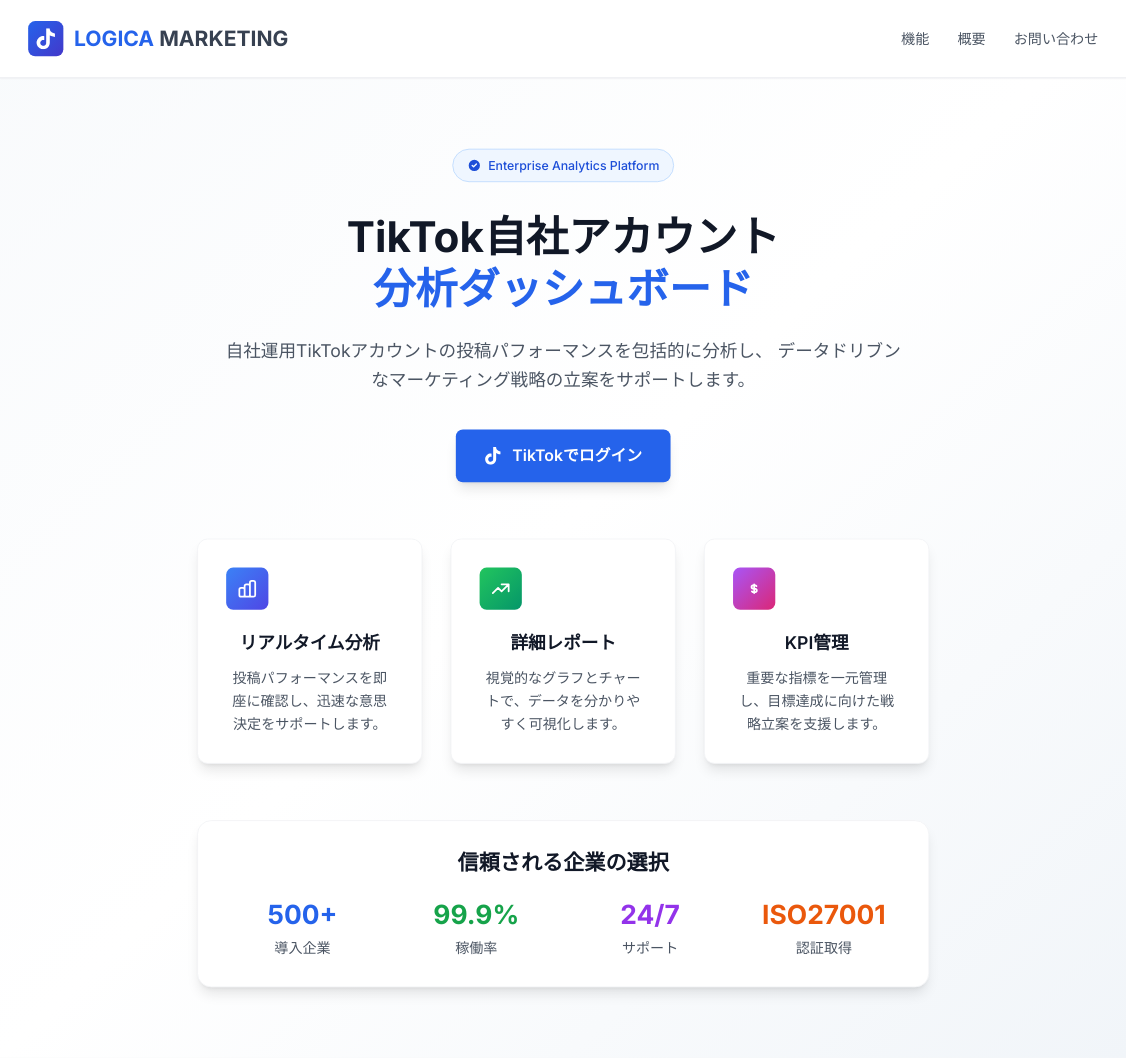
Repository: masayasusuzuki/LogicaMarketingTool
Page: /
The author's editor kept a copy of each file at every save. The page is drawn from the files as they stood at one save, then again after the next save.
The browser window is 1280 px wide. The pictures show the whole page, at 88% of full size.
The project was rebuilt for these pictures with package versions that can differ from the ones it lists, and the page was loaded fresh each time. The framework's server and built-in components were replaced by stand-ins that run in the browser. Also part of the build but not shown: next.config.js.

Above is the page before, as saved 2025-08-07 12:38:58.

### src/app/layout.tsx
import type { Metadata } from 'next'
import { Inter } from 'next/font/google'
import './globals.css'

const inter = Inter({ subsets: ['latin'] })

export const metadata: Metadata = {
  title: 'LOGICA MARKETING - TikTok Analytics',
  description: 'TikTok自社アカウント分析ダッシュボード',
}

export default function RootLayout({
  children,
}: {
  children: React.ReactNode
}) {
  return (
    <html lang="ja">
      <body className={inter.className}>{children}</body>
    </html>
  )
}

### src/app/page.tsx
'use client'

import Link from 'next/link'

export default function Home() {
  return (
    <div className="min-h-screen bg-gradient-to-br from-slate-50 via-white to-slate-100">
      {/* ヘッダー */}
      <header className="bg-white shadow-sm border-b border-gray-200">
        <div className="max-w-7xl mx-auto px-4 sm:px-6 lg:px-8">
          <div className="flex justify-between items-center py-6">
            <div className="flex items-center">
              <div className="w-10 h-10 bg-gradient-to-br from-blue-600 to-indigo-700 rounded-lg flex items-center justify-center mr-3">
                <svg className="w-6 h-6 text-white" fill="currentColor" viewBox="0 0 24 24">
                  <path d="M12.525.02c1.31-.02 2.61-.01 3.91-.02.08 1.53.63 3.09 1.75 4.17 1.12 1.11 2.7 1.62 4.24 1.79v4.03c-1.44-.05-2.89-.35-4.2-.97-.57-.26-1.1-.59-1.62-.93-.01 2.92.01 5.84-.02 8.75-.08 1.4-.54 2.79-1.35 3.94-1.31 1.92-3.58 3.17-5.91 3.21-1.43.08-2.86-.31-4.08-1.03-2.02-1.19-3.44-3.37-3.65-5.71-.02-.5-.03-1-.01-1.49.18-1.9 1.12-3.72 2.58-4.96 1.66-1.44 3.98-2.13 6.15-1.72.02 1.48-.04 2.96-.04 4.44-.99-.32-2.15-.23-3.02.37-.63.41-1.11 1.04-1.36 1.75-.21.51-.15 1.07-.14 1.61.24 1.64 1.82 3.02 3.5 2.87 1.12-.01 2.19-.66 2.77-1.61.19-.33.4-.67.41-1.06.1-1.79.06-3.57.07-5.36.01-4.03-.01-8.05.02-12.07z"/>
                </svg>
              </div>
              <h1 className="text-2xl font-bold text-gray-900">
                <span className="text-blue-600">LOGICA</span>
                <span className="text-gray-700"> MARKETING</span>
              </h1>
            </div>
            <nav className="hidden md:flex space-x-8">
              <a href="#features" className="text-gray-600 hover:text-gray-900 font-medium">機能</a>
              <a href="#about" className="text-gray-600 hover:text-gray-900 font-medium">概要</a>
              <a href="#contact" className="text-gray-600 hover:text-gray-900 font-medium">お問い合わせ</a>
            </nav>
          </div>
        </div>
      </header>

      {/* メインコンテンツ */}
      <main className="flex items-center justify-center min-h-screen py-20">
        <div className="text-center max-w-4xl mx-auto px-4 sm:px-6 lg:px-8">
          {/* ヒーローセクション */}
          <div className="mb-16">
            <div className="inline-flex items-center px-4 py-2 bg-blue-50 text-blue-700 rounded-full text-sm font-medium mb-8 border border-blue-200">
              <svg className="w-4 h-4 mr-2" fill="currentColor" viewBox="0 0 20 20">
                <path fillRule="evenodd" d="M10 18a8 8 0 100-16 8 8 0 000 16zm3.707-9.293a1 1 0 00-1.414-1.414L9 10.586 7.707 9.293a1 1 0 00-1.414 1.414l2 2a1 1 0 001.414 0l4-4z" clipRule="evenodd"/>
              </svg>
              Enterprise Analytics Platform
            </div>

            <h1 className="text-5xl font-bold text-gray-900 mb-6 leading-tight">
              TikTok自社アカウント
              <br />
              <span className="text-blue-600">分析ダッシュボード</span>
            </h1>

            <p className="text-xl text-gray-600 leading-relaxed mb-10 max-w-3xl mx-auto">
              自社運用TikTokアカウントの投稿パフォーマンスを包括的に分析し、
              データドリブンなマーケティング戦略の立案をサポートします。
            </p>

            <div className="flex justify-center">
              <Link
                href="/dashboard"
                className="inline-flex items-center justify-center px-8 py-4 bg-blue-600 hover:bg-blue-700 text-white font-semibold rounded-lg text-lg transition-colors duration-200 shadow-lg hover:shadow-xl"
              >
                <svg className="w-5 h-5 mr-3" fill="currentColor" viewBox="0 0 24 24">
                  <path d="M12.525.02c1.31-.02 2.61-.01 3.91-.02.08 1.53.63 3.09 1.75 4.17 1.12 1.11 2.7 1.62 4.24 1.79v4.03c-1.44-.05-2.89-.35-4.2-.97-.57-.26-1.1-.59-1.62-.93-.01 2.92.01 5.84-.02 8.75-.08 1.4-.54 2.79-1.35 3.94-1.31 1.92-3.58 3.17-5.91 3.21-1.43.08-2.86-.31-4.08-1.03-2.02-1.19-3.44-3.37-3.65-5.71-.02-.5-.03-1-.01-1.49.18-1.9 1.12-3.72 2.58-4.96 1.66-1.44 3.98-2.13 6.15-1.72.02 1.48-.04 2.96-.04 4.44-.99-.32-2.15-.23-3.02.37-.63.41-1.11 1.04-1.36 1.75-.21.51-.15 1.07-.14 1.61.24 1.64 1.82 3.02 3.5 2.87 1.12-.01 2.19-.66 2.77-1.61.19-.33.4-.67.41-1.06.1-1.79.06-3.57.07-5.36.01-4.03-.01-8.05.02-12.07z"/>
                </svg>
                TikTokでログイン
              </Link>
            </div>
          </div>

          {/* 機能ハイライト */}
          <div id="features" className="grid grid-cols-1 md:grid-cols-3 gap-8 mb-16">
            <div className="bg-white rounded-xl p-8 shadow-lg border border-gray-100">
              <div className="w-12 h-12 bg-gradient-to-br from-blue-500 to-indigo-600 rounded-lg flex items-center justify-center mb-6">
                <svg className="w-6 h-6 text-white" fill="none" stroke="currentColor" viewBox="0 0 24 24">
                  <path strokeLinecap="round" strokeLinejoin="round" strokeWidth={2} d="M9 19v-6a2 2 0 00-2-2H5a2 2 0 00-2 2v6a2 2 0 002 2h2a2 2 0 002-2zm0 0V9a2 2 0 012-2h2a2 2 0 012 2v10m-6 0a2 2 0 002 2h2a2 2 0 002-2m0 0V5a2 2 0 012-2h2a2 2 0 012 2v14a2 2 0 01-2 2h-2a2 2 0 01-2-2z" />
                </svg>
              </div>
              <h3 className="text-xl font-semibold text-gray-900 mb-3">リアルタイム分析</h3>
              <p className="text-gray-600 leading-relaxed">
                投稿パフォーマンスを即座に確認し、迅速な意思決定をサポートします。
              </p>
            </div>

            <div className="bg-white rounded-xl p-8 shadow-lg border border-gray-100">
              <div className="w-12 h-12 bg-gradient-to-br from-green-500 to-emerald-600 rounded-lg flex items-center justify-center mb-6">
                <svg className="w-6 h-6 text-white" fill="none" stroke="currentColor" viewBox="0 0 24 24">
                  <path strokeLinecap="round" strokeLinejoin="round" strokeWidth={2} d="M13 7h8m0 0v8m0-8l-8 8-4-4-6 6" />
                </svg>
              </div>
              <h3 className="text-xl font-semibold text-gray-900 mb-3">詳細レポート</h3>
              <p className="text-gray-600 leading-relaxed">
                視覚的なグラフとチャートで、データを分かりやすく可視化します。
              </p>
            </div>

            <div className="bg-white rounded-xl p-8 shadow-lg border border-gray-100">
              <div className="w-12 h-12 bg-gradient-to-br from-purple-500 to-pink-600 rounded-lg flex items-center justify-center mb-6">
                <svg className="w-6 h-6 text-white" fill="none" stroke="currentColor" viewBox="0 0 24 24">
                  <path strokeLinecap="round" strokeLinejoin="round" strokeWidth={2} d="M12 8c-1.657 0-3 .895-3 2s1.343 2 3 2 3 .895 3 2-1.343 2-3 2m0-8c1.11 0 2.08.402 2.599 1M12 8V7m0 1v8m0 0v1m0-1c-1.11 0-2.08-.402-2.599-1" />
                </svg>
              </div>
              <h3 className="text-xl font-semibold text-gray-900 mb-3">KPI管理</h3>
              <p className="text-gray-600 leading-relaxed">
                重要な指標を一元管理し、目標達成に向けた戦略立案を支援します。
              </p>
            </div>
          </div>

          {/* 統計情報 */}
          <div className="bg-white rounded-2xl p-8 shadow-lg border border-gray-100">
            <h2 className="text-2xl font-bold text-gray-900 mb-6 text-center">信頼される企業の選択</h2>
            <div className="grid grid-cols-1 md:grid-cols-4 gap-6">
              <div className="text-center">
                <div className="text-3xl font-bold text-blue-600 mb-2">500+</div>
                <div className="text-gray-600">導入企業</div>
              </div>
              <div className="text-center">
                <div className="text-3xl font-bold text-green-600 mb-2">99.9%</div>
                <div className="text-gray-600">稼働率</div>
              </div>
              <div className="text-center">
                <div className="text-3xl font-bold text-purple-600 mb-2">24/7</div>
                <div className="text-gray-600">サポート</div>
              </div>
              <div className="text-center">
                <div className="text-3xl font-bold text-orange-600 mb-2">ISO27001</div>
                <div className="text-gray-600">認証取得</div>
              </div>
            </div>
          </div>
        </div>
      </main>
    </div>
  )
}

### src/app/globals.css
@tailwind base;
@tailwind components;
@tailwind utilities;

:root {
  --foreground-rgb: 0, 0, 0;
  --background-start-rgb: 214, 219, 220;
  --background-end-rgb: 255, 255, 255;
  --tiktok-pink: #fe2c55;
  --tiktok-black: #121212;
  --tiktok-gray: #8e8e93;
}

@media (prefers-color-scheme: dark) {
  :root {
    --foreground-rgb: 255, 255, 255;
    --background-start-rgb: 0, 0, 0;
    --background-end-rgb: 0, 0, 0;
  }
}

body {
  color: rgb(var(--foreground-rgb));
  background: linear-gradient(
      to bottom,
      transparent,
      rgb(var(--background-end-rgb))
    )
    rgb(var(--background-start-rgb));
}

@layer utilities {
  .text-balance {
    text-wrap: balance;
  }
}

/* カスタムカラーの直接定義 */
.bg-tiktok-pink {
  background-color: var(--tiktok-pink);
}

.text-tiktok-pink {
  color: var(--tiktok-pink);
}

.border-tiktok-pink {
  border-color: var(--tiktok-pink);
}

.bg-tiktok-black {
  background-color: var(--tiktok-black);
}

.text-tiktok-black {
  color: var(--tiktok-black);
}

.bg-tiktok-gray {
  background-color: var(--tiktok-gray);
}

.text-tiktok-gray {
  color: var(--tiktok-gray);
}

/* グラデーション */
.from-tiktok-pink {
  --tw-gradient-from: var(--tiktok-pink);
  --tw-gradient-stops: var(--tw-gradient-from), var(--tw-gradient-to, rgba(254, 44, 85, 0));
}

.to-tiktok-pink {
  --tw-gradient-to: var(--tiktok-pink);
}

/* シャドウ */
.shadow-tiktok-pink\/25 {
  box-shadow: 0 25px 50px -12px rgba(254, 44, 85, 0.25);
}

### tailwind.config.js
/** @type {import('tailwindcss').Config} */
module.exports = {
  content: [
    './src/pages/**/*.{js,ts,jsx,tsx,mdx}',
    './src/components/**/*.{js,ts,jsx,tsx,mdx}',
    './src/app/**/*.{js,ts,jsx,tsx,mdx}',
  ],
  theme: {
    extend: {
      colors: {
        tiktok: {
          pink: '#fe2c55',
          black: '#121212',
          gray: '#8e8e93',
        }
      },
      animation: {
        'pulse': 'pulse 2s cubic-bezier(0.4, 0, 0.6, 1) infinite',
        'bounce': 'bounce 1s infinite',
      },
      backdropBlur: {
        xs: '2px',
      }
    },
  },
  plugins: [],
}

After the next save:
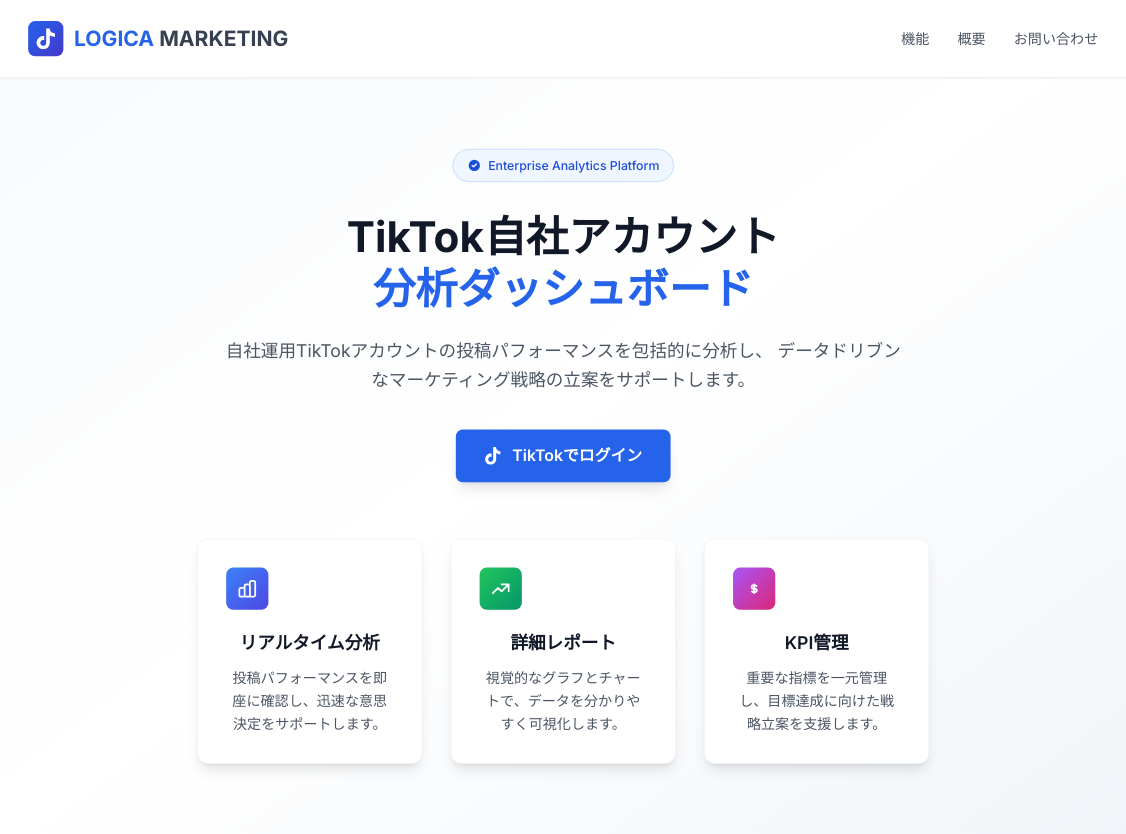
Saved 65 s later.
--- a/src/app/page.tsx
+++ b/src/app/page.tsx
@@ -66,7 +66,7 @@
           </div>
 
           {/* 機能ハイライト */}
-          <div id="features" className="grid grid-cols-1 md:grid-cols-3 gap-8 mb-16">
+          <div id="features" className="grid grid-cols-1 md:grid-cols-3 gap-8">
             <div className="bg-white rounded-xl p-8 shadow-lg border border-gray-100">
               <div className="w-12 h-12 bg-gradient-to-br from-blue-500 to-indigo-600 rounded-lg flex items-center justify-center mb-6">
                 <svg className="w-6 h-6 text-white" fill="none" stroke="currentColor" viewBox="0 0 24 24">
@@ -103,29 +103,6 @@
               </p>
             </div>
           </div>
-
-          {/* 統計情報 */}
-          <div className="bg-white rounded-2xl p-8 shadow-lg border border-gray-100">
-            <h2 className="text-2xl font-bold text-gray-900 mb-6 text-center">信頼される企業の選択</h2>
-            <div className="grid grid-cols-1 md:grid-cols-4 gap-6">
-              <div className="text-center">
-                <div className="text-3xl font-bold text-blue-600 mb-2">500+</div>
-                <div className="text-gray-600">導入企業</div>
-              </div>
-              <div className="text-center">
-                <div className="text-3xl font-bold text-green-600 mb-2">99.9%</div>
-                <div className="text-gray-600">稼働率</div>
-              </div>
-              <div className="text-center">
-                <div className="text-3xl font-bold text-purple-600 mb-2">24/7</div>
-                <div className="text-gray-600">サポート</div>
-              </div>
-              <div className="text-center">
-                <div className="text-3xl font-bold text-orange-600 mb-2">ISO27001</div>
-                <div className="text-gray-600">認証取得</div>
-              </div>
-            </div>
-          </div>
         </div>
       </main>
     </div>
